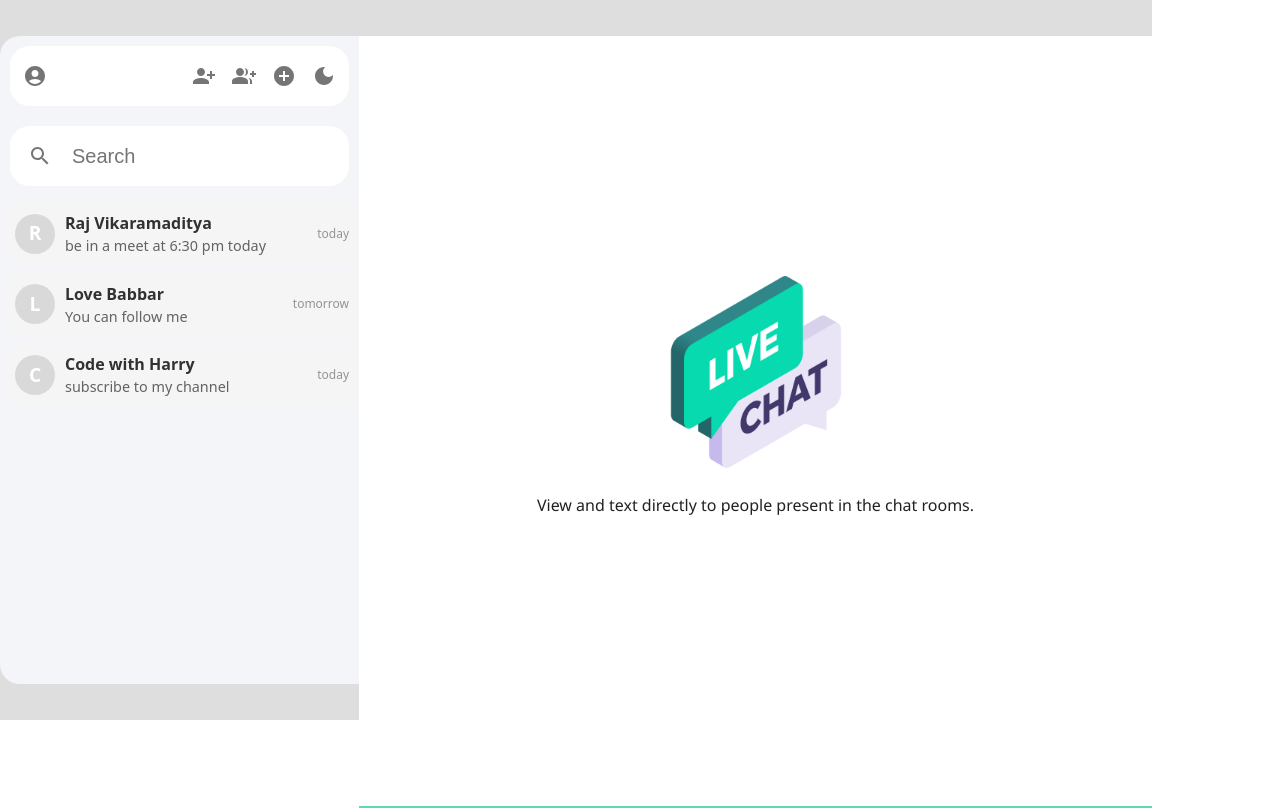
Repository: rahul-chakradhari/chat_app
Page: /
These files come from the project's save history. The page is drawn as it stood at one moment and after the next save; the edit follows.
The browser window is 1280 px wide. The pictures show the whole page.
The project was rebuilt for these pictures with package versions that can differ from the ones it lists, and the page was loaded fresh each time. Also part of the build but not shown: vite.config.js, src/components/Messagebyme.jsx, src/components/Messagebyothers.jsx, src/components/Chatarea.jsx.

Above is the page before, as saved 2025-02-28 19:11:45.

### index.html
<!DOCTYPE html>
<html lang="en">
  <head>
    <meta charset="UTF-8" />
    <link rel="icon" href="./live-chat.png" />

    <meta name="viewport" content="width=device-width, initial-scale=1.0" />
    <title>Vite + React</title>
  </head>
  <body>
    <div id="root"></div>
    <script type="module" src="/src/main.jsx"></script>
  </body>
</html>

### src/App.jsx
import "./App.css";
import Maincontainer from "./components/Maincontainer";

function App() {
  return (
    <div className="App">
      <Maincontainer />
    </div>
  );
}

export default App;

### src/App.css
* {
  margin: 0;
}
.App {
  background-color: #dddedd;
  min-height: 100vh;
  display: flex;
  justify-content: center;
  align-items: center;
}

### src/components/Maincontainer.jsx
import "./Mystyles.css";
import Sidebar from "./Sidebar";
import Chatarea from "./Chatarea";
import Welcome from "./Welcome";

const Maincontainer = () => {
  return (
    <div className="main">
      <Sidebar />
      <Welcome />
      {/*<Chatarea />*/}
    </div>
  );
};

export default Maincontainer;

### src/components/Mystyles.css
.main {
  background-color: #f4f5f8;
  height: 90vh;
  width: 90vw;
  display: flex;
  border-radius: 20px;
}
.side {
  flex: 0.3;
  display: flex;
  flex-direction: column;
}
.chat {
  background-color: aliceblue;
  flex: 0.7;
}
.headers {
  background-color: white;
  border-radius: 20px;
  padding: 10px 5px;
  margin: 10px;
  display: flex;
  justify-content: space-between;
}
.search {
  background-color: white;
  border-radius: 20px;
  padding: 10px 10px;
  margin: 10px;
  display: flex;
  align-items: center;
}
.box {
  outline-width: 0;
  border: none;
  font-size: 1.25rem;
  margin-left: 10px;
}
.conver {
  background-color: white;
  border-radius: 20px;
  padding: 10px 5px;
  margin: 10px;
  flex: 1;
}
.conversationitem {
  display: flex;
  align-items: center; /* Items ko vertical center align karega */
  gap: 10px; /* Icon aur text ke beech gap */
  padding: 10px;
  margin: 5px;
  border-radius: 20px;
  background-color: #f5f5f5; /* Light background */
  width: 100%;
  overflow: scroll;
}
.conversationitem::-webkit-scrollbar {
  display: none;
}

.icon {
  display: flex;
  justify-content: center;
  align-items: center;
  background-color: #d9d9d9;
  font-size: 1.2rem;
  font-weight: bold;
  color: white;
  height: 40px;
  width: 40px;
  border-radius: 50%;
  flex-shrink: 0; /* Icon ka size maintain rahega */
}

.conversation-text {
  display: flex;
  flex-direction: column;
  flex-grow: 1; /* Ye ensure karega ki text area full width le */
}

.title {
  font-weight: bold;
  font-size: 1rem;
  color: rgba(0, 0, 0, 0.8);
}

.message {
  font-size: 0.9rem;
  color: rgba(0, 0, 0, 0.6);
}

.time {
  margin-right: 25px;
  font-size: 0.75rem;
  color: rgba(0, 0, 0, 0.4);
  flex-shrink: 0; /* Time ka size fix rahe */
}
.chat {
  display: flex;
  flex-direction: column;
  flex: 0.7;
}
.chattingwith {
  background-color: green;
}
.mess {
  background-color: aquamarine;
  flex-grow: 1;
}
.inputbox {
  background-color: green;
}
.trash {
  color: black;
}
.chat {
  display: flex;
  flex-direction: column;
  flex: 0.7;
}

.chat-header {
  display: flex;
  justify-content: space-between;
  align-items: center;
  padding: 10px;
  background: white;
  border-bottom: 1px solid #ddd;
}
.avatar {
  border-color: #d9d9d9;
  color: white;
}
.chat-info {
  display: flex;
  align-items: center;
}

.chat-info .avatar {
  width: 40px;
  height: 40px;
  border-radius: 50%;
  background: #bbb;
  display: flex;
  justify-content: center;
  align-items: center;
  font-weight: bold;
  margin-right: 10px;
}

.trash {
  color: black;
}

.mess {
  flex-grow: 1;
  padding: 20px;
  background: #f5f5f5;
}

.inputbox {
  padding: 10px;
  border-top: 1px solid #ddd;
  background: white;
}

.inputbox input {
  width: 100%;
  padding: 8px;
  border: none;
  outline: none;
}
.name-time {
  display: flex;
  flex-direction: column;
  align-items: flex-start; /* Left-align text properly */
}

.niche {
  font-size: 12px;
  color: gray;
  margin: 2px 0 0 3px;
  margin-top: 2px;
  margin-right: 12px;
  /* 👈 Adjust left margin properly */
  padding-right: 42px; /* 🔹 Slight padding for spacing */
}
.inputbox {
  display: flex;
  justify-content: center;
}
.othertextcontent,
.con-icon {
  width: 200px; /* Box ka width */
  height: auto; /* Height content ke according adjust hogi */
  font-size: 16px; /* Text size change karne ke liye */
  padding: 10px; /* Text aur border ke beech space ke liye */
  background-color: aquamarine; /* Light gray background */
  border-radius: 10px; /* Rounded corners */
  margin-left: 750px;
}
.selfmessagecontainer {
  width: 200px; /* Box ka width */
  height: auto; /* Height content ke according adjust hogi */
  font-size: 16px; /* Text size change karne ke liye */
  padding: 10px; /* Text aur border ke beech space ke liye */
  background-color: lightsalmon; /* Light gray background */
  border-radius: 10px; /* Rounded corners */
}
.mess {
  height: 500px;
  overflow-y: auto;
  display: flex;
  flex-direction: column;
}
.mess::-webkit-scrollbar {
  display: none;
}
.welcome {
  min-height: 100vh;
  flex: 0.7;
  display: flex;
  flex-direction: column;
  justify-content: center;
  align-items: center;
  gap: 15px; /* Adjust based on spacing needed */
  font-family: "Segoe UI", Tahoma, Geneva, Verdana, sans-serif;
  color: rgba(0, 0, 0, 0.87); /* Adjusted for visibility */
  border-bottom: 2px solid #63d7b0; /* Keep or modify */
  background-color: #ffffff; /* Adjusted to a lighter shade */
  overflow: hidden;
  padding-bottom: 50px; /* Adjust as needed */
}

.logo {
  height: 15vw; /* Adjusted size */
  margin-bottom: 10px; /* Fixed margin */
}

### src/components/Sidebar.jsx
import { useState } from "react";
import AccountCircleIcon from "@mui/icons-material/AccountCircle";
import PersonAddAlt1Icon from "@mui/icons-material/PersonAddAlt1";
import GroupAddIcon from "@mui/icons-material/GroupAdd";
import AddCircleIcon from "@mui/icons-material/AddCircle";
import DarkModeIcon from "@mui/icons-material/DarkMode";
import SearchIcon from "@mui/icons-material/Search";
import Conversationitem from "./Conversationitem";
import "./Mystyles.css";
import { IconButton } from "@mui/material";

const Sidebar = () => {
  const [conversations, setConversations] = useState([
    {
      id: 1,
      name: "Raj Vikaramaditya",
      lastMessage: "be in a meet at 6:30 pm today",
      timeStamp: "today",
    },
    {
      id: 2,
      name: "Love Babbar",
      lastMessage: "You can follow me ",
      timeStamp: "tomorrow",
    },
    {
      id: 3,
      name: "Code with Harry",
      lastMessage: "subscribe to my channel",
      timeStamp: "today",
    },
  ]);

  return (
    <div className="side">
      <div className="headers">
        <div>
          <IconButton>
            <AccountCircleIcon />
          </IconButton>
        </div>
        <div>
          <IconButton>
            <PersonAddAlt1Icon />
          </IconButton>
          <IconButton>
            <GroupAddIcon />
          </IconButton>
          <IconButton>
            <AddCircleIcon />
          </IconButton>
          <IconButton>
            <DarkModeIcon />
          </IconButton>
        </div>
      </div>

      <div className="search">
        <IconButton>
          <SearchIcon />
        </IconButton>
        <input placeholder="Search" className="box" />
      </div>

      <div className="conversation">
        {conversations.map((conversation) => (
          <Conversationitem key={conversation.id} {...conversation} />
        ))}
      </div>
    </div>
  );
};

export default Sidebar;

### src/components/Welcome.jsx
import logo from "./images/live-chat.png";
const Welcome = () => {
  return (
    <div className="welcome">
      <img src={logo} alt="" className="logo" />
      <p>View and text directly to people present in the chat rooms.</p>
    </div>
  );
};

export default Welcome;

### src/components/Conversationitem.jsx
const Conversationitem = (props) => {
  return (
    <div className="conversationitem">
      <p className="icon">{props.name[0]}</p>
      <div className="conversation-text">
        <p className="title">{props.name}</p>
        <p className="message">{props.lastMessage}</p>
      </div>
      <p className="time">{props.timeStamp}</p>
    </div>
  );
};

export default Conversationitem;

Loaded but not shown: src/main.jsx (common file); src/index.css (common file)

After the next save:
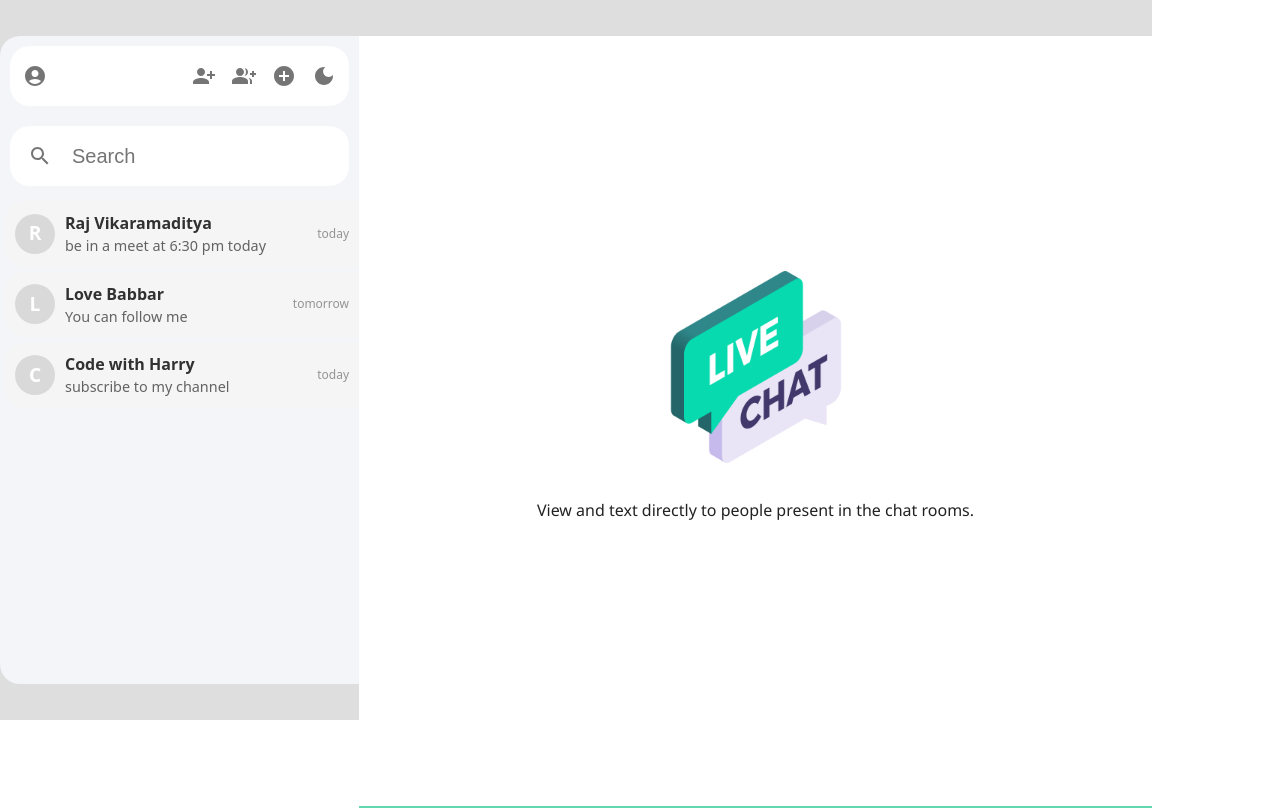
Saved 3 min 0 s later.
--- a/src/components/Mystyles.css
+++ b/src/components/Mystyles.css
@@ -223,7 +223,7 @@
   flex-direction: column;
   justify-content: center;
   align-items: center;
-  gap: 15px; /* Adjust based on spacing needed */
+  gap: 25px; /* Adjust based on spacing needed */
   font-family: "Segoe UI", Tahoma, Geneva, Verdana, sans-serif;
   color: rgba(0, 0, 0, 0.87); /* Adjusted for visibility */
   border-bottom: 2px solid #63d7b0; /* Keep or modify */
